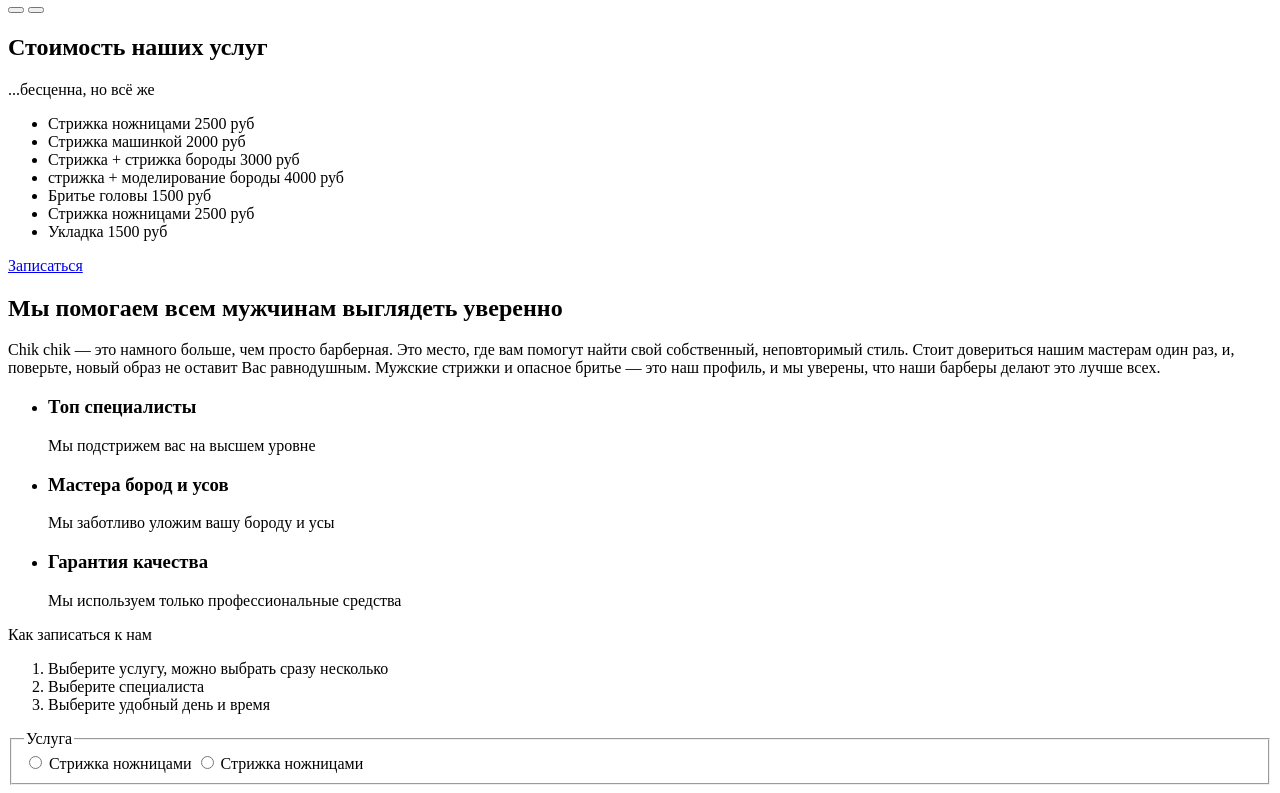
Repository: alexboagreek/chick-chick
Page: index.html
The author's editor kept a copy of each file at every save. The page is drawn from the files as they stood at one save, then again after the next save.
The browser window is 1280 px wide. The pictures show the part of the page from y = 3047 to 3840 px (the page is 3840 px tall).
A picture or video elsewhere on the page could not be fetched, so the positions and the page height are approximate.

Above is the page before, as saved 2023-01-17 15:24:19.

After the next save:
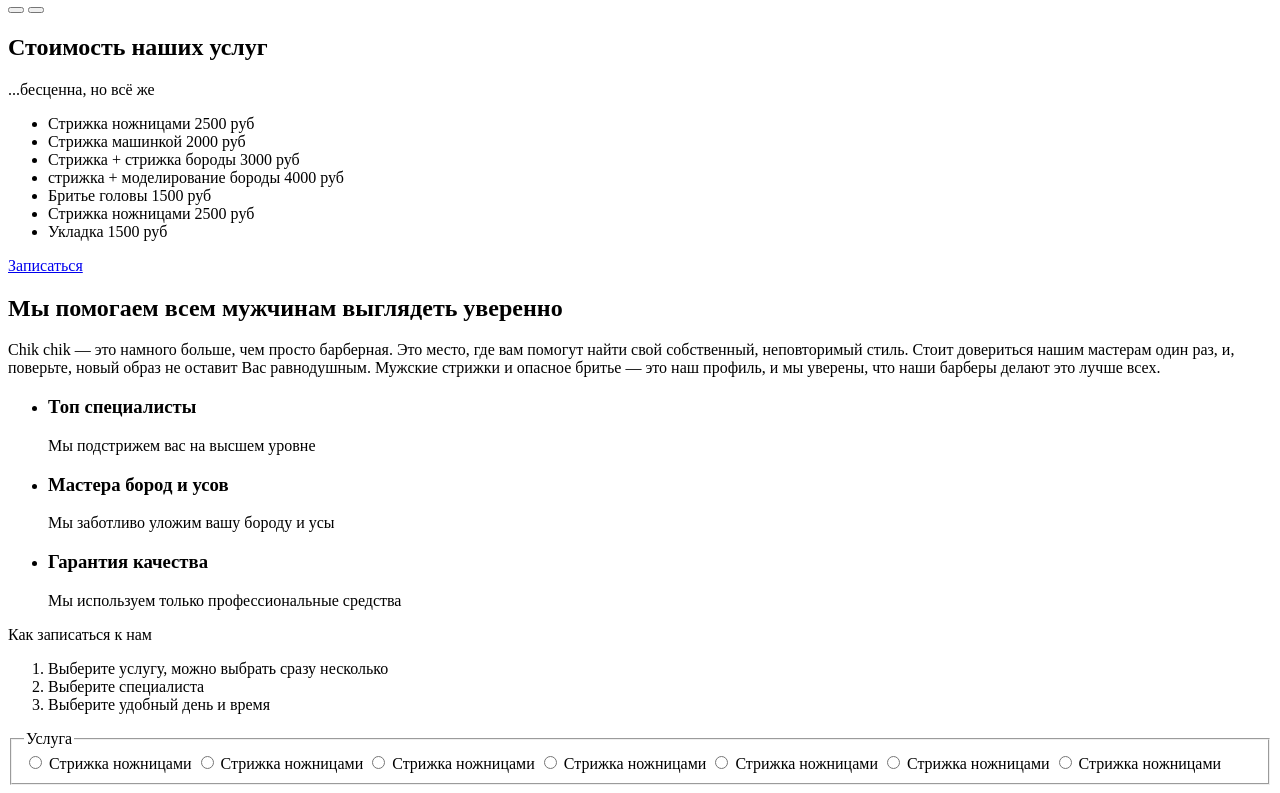
Saved 6 s later.
--- a/index.html
+++ b/index.html
@@ -160,6 +160,26 @@
                             <input class="radio__input" type="radio" name="service">
                             <span>Стрижка ножницами</span>
                         </label>
+                        <label class="radio">
+                            <input class="radio__input" type="radio" name="service">
+                            <span>Стрижка ножницами</span>
+                        </label>
+                        <label class="radio">
+                            <input class="radio__input" type="radio" name="service">
+                            <span>Стрижка ножницами</span>
+                        </label>
+                        <label class="radio">
+                            <input class="radio__input" type="radio" name="service">
+                            <span>Стрижка ножницами</span>
+                        </label>
+                        <label class="radio">
+                            <input class="radio__input" type="radio" name="service">
+                            <span>Стрижка ножницами</span>
+                        </label>
+                        <label class="radio">
+                            <input class="radio__input" type="radio" name="service">
+                            <span>Стрижка ножницами</span>
+                        </label>
                     </fieldset>
                 </div>
             </form>
